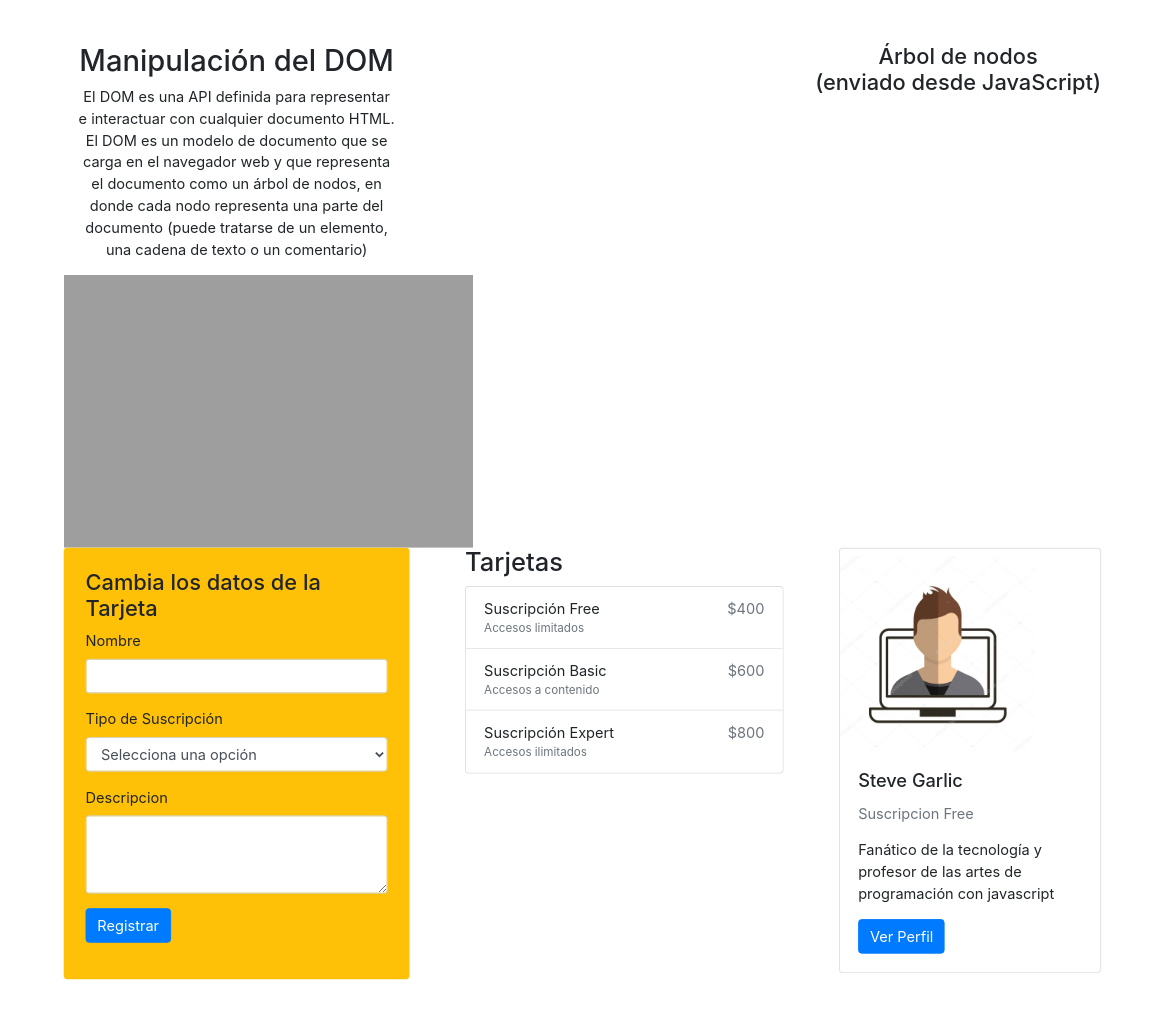
Repository: pedro-donoso/manipulacion-dom
Page: index.html
The author's editor kept a copy of each file at every save. The page is drawn from the files as they stood at one save, then again after the next save.
The browser window is 1280 px wide. The pictures show the whole page, at 91% of full size.
Pictures or frames that could not be fetched are drawn as grey boxes.

Above is the page before, as saved 2024-02-06 14:42:04.

After the next save:
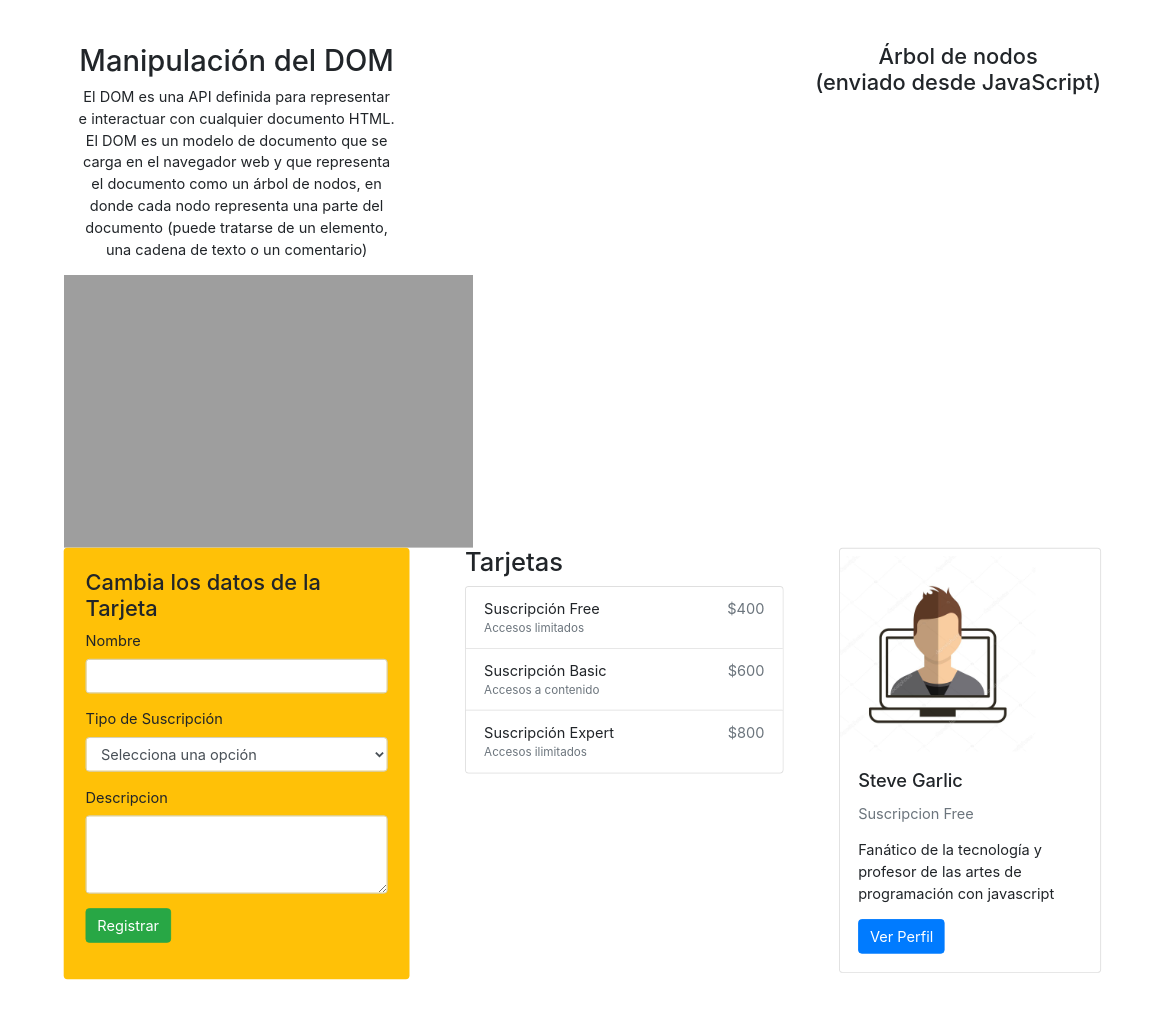
Saved 18 s later.
--- a/index.html
+++ b/index.html
@@ -48,7 +48,7 @@
                     <label>Descripcion</label>
                     <textarea rows="3" class="form-control mb-3" id="descripcion"></textarea>
                     <div>
-                        <button class="btn btn-primary mb-3">Registrar</button>
+                        <button class="btn btn-success mb-3">Registrar</button>
                     </div>
                 </form>
             </div>
